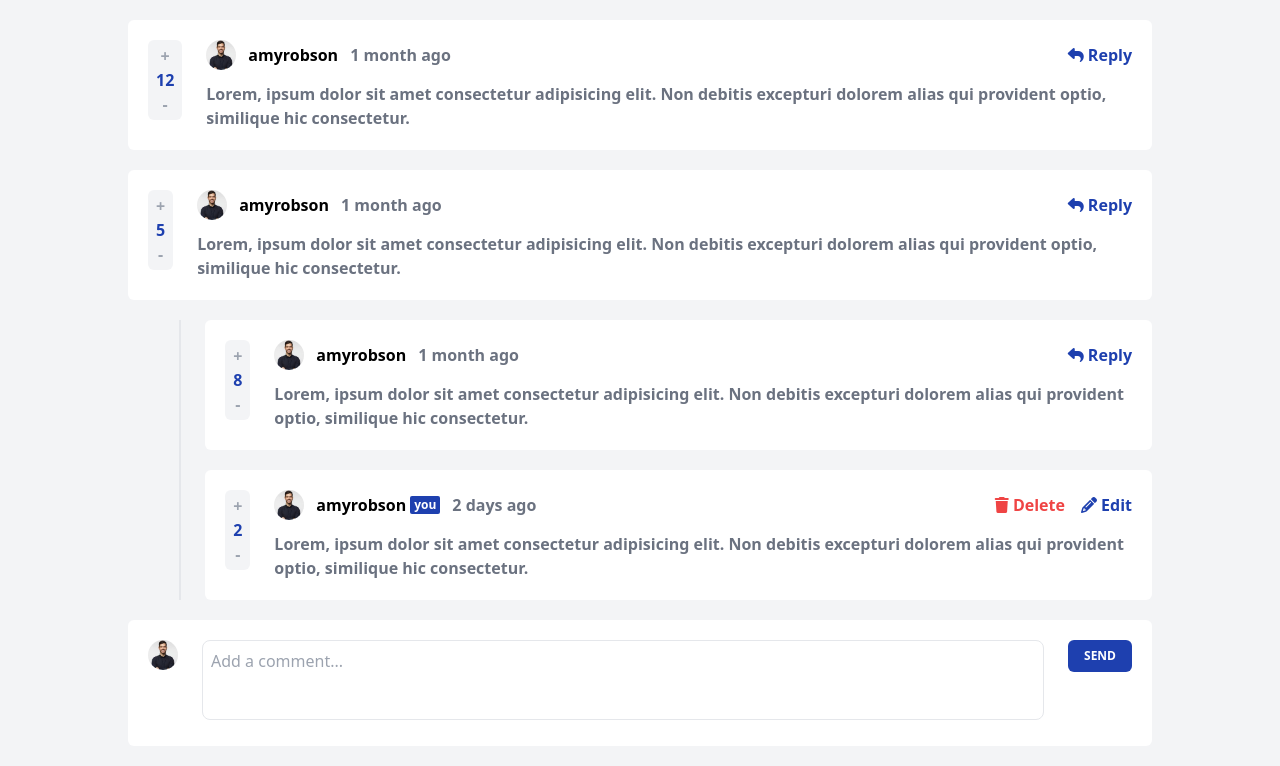
Repository: SmanSayeed/tailwind-work
Page: index.html
These files come from the project's save history. The page is drawn as it stood at one moment and after a run of saves; the edit follows.
The browser window is 1280 px wide. The pictures show the whole page.
Some web libraries are served in a nearby version.

Above is the page before, as saved 2024-03-15 15:56:24.

### index.html
<!DOCTYPE html>
<html>
  <head>
    <meta charset="UTF-8" />
    <meta name="viewport" content="width=device-width, initial-scale=1.0" />
    <script src="https://cdn.tailwindcss.com"></script>
    <link
      rel="stylesheet"
      href="https://cdnjs.cloudflare.com/ajax/libs/font-awesome/6.5.1/css/all.min.css"
    />
  </head>
  <!-- bg-[#F5F6FA]  -->
  <body class="bg-gray-100">
    <!-- container  -->
    <div
      class="flex justify-center items-end flex-col gap-5 w-[80%] mx-auto my-5"
    >
      <!-- card div  -->
      <div
        class="w-full p-5 rounded rounded-md bg-white flex justify-start items-start gap-6"
      >
        <!-- increment decrement part  -->
        <div
          class="flex flex-col justify-between items-center bg-gray-100 py-1 px-2 rounded-md"
        >
          <div class="text-gray-400 text-base font-semibold">+</div>
          <div class="text-blue-800 font-bold text-base">12</div>
          <div class="text-gray-400 text-base font-semibold">-</div>
        </div>
        <!-- increment decrement part end -->

        <div class="flex flex-col justify-start items-start gap-3">
          <div class="flex flex-row justify-between items-center w-full">
            <div class="flex justify-start items-center gap-3">
              <img
                src="image.jpeg"
                alt="image"
                class="h-[30px] w-[30px] rounded-full"
              />
              <div class="text-base font-bold">amyrobson</div>
              <div class="text-base text-gray-500 font-semibold">
                1 month ago
              </div>
            </div>
            <div class="text-base font-bold text-blue-800">
              <i class="fa fa-reply" aria-hidden="true"></i>
              Reply
            </div>
          </div>

          <div class="text-base text-gray-500 font-semibold">
            Lorem, ipsum dolor sit amet consectetur adipisicing elit. Non
            debitis excepturi dolorem alias qui provident optio, similique hic
            consectetur.
          </div>
        </div>
      </div>
      <!-- card div end  -->

        <!-- card div  -->
        <div
        class="w-full p-5 rounded rounded-md bg-white flex justify-start items-start gap-6"
      >
        <!-- increment decrement part  -->
        <div
          class="flex flex-col justify-between items-center bg-gray-100 py-1 px-2 rounded-md"
        >
          <div class="text-gray-400 text-base font-semibold">+</div>
          <div class="text-blue-800 font-bold text-base">5</div>
          <div class="text-gray-400 text-base font-semibold">-</div>
        </div>
        <!-- increment decrement part end -->

        <div class="flex flex-col justify-start items-start gap-3">
          <div class="flex flex-row justify-between items-center w-full">
            <div class="flex justify-start items-center gap-3">
              <img
                src="image.jpeg"
                alt="image"
                class="h-[30px] w-[30px] rounded-full"
              />
              <div class="text-base font-bold">amyrobson</div>
              <div class="text-base text-gray-500 font-semibold">
                1 month ago
              </div>
            </div>
            <div class="text-base font-bold text-blue-800">
              <i class="fa fa-reply" aria-hidden="true"></i>
              Reply
            </div>
          </div>

          <div class="text-base text-gray-500 font-semibold">
            Lorem, ipsum dolor sit amet consectetur adipisicing elit. Non
            debitis excepturi dolorem alias qui provident optio, similique hic
            consectetur.
          </div>
        </div>
      </div>
      <!-- card div end  -->

      <!-- nested card container start  -->
      <div
        class="w-[95%] pl-6 rounded-r-md border-l-2 border-l-gray-200 flex justify-end flex-col items-start gap-5"
      >
        <!-- nested card  -->
        <div
          class="w-full p-5 rounded rounded-md bg-white flex justify-start items-start gap-6"
        >
          <!-- increment decrement part  -->
          <div
            class="flex flex-col justify-between items-center bg-gray-100 py-1 px-2 rounded-md"
          >
            <div class="text-gray-400 text-base font-semibold">+</div>
            <div class="text-blue-800 font-bold text-base">8</div>
            <div class="text-gray-400 text-base font-semibold">-</div>
          </div>
          <!-- increment decrement part end -->

          <div class="flex flex-col justify-start items-start gap-3">
            <div class="flex flex-row justify-between items-center w-full">
              <div class="flex justify-start items-center gap-3">
                <img
                  src="image.jpeg"
                  alt="image"
                  class="h-[30px] w-[30px] rounded-full"
                />
                <div class="text-base font-bold">amyrobson</div>
                <div class="text-base text-gray-500 font-semibold">
                  1 month ago
                </div>
              </div>
              <div class="flex gap-2">
                <div class="text-base font-bold text-blue-800">
                  <i class="fa fa-reply" aria-hidden="true"></i>
                  Reply
                </div>
              </div>
            </div>

            <div class="text-base text-gray-500 font-semibold">
              Lorem, ipsum dolor sit amet consectetur adipisicing elit. Non
              debitis excepturi dolorem alias qui provident optio, similique hic
              consectetur.
            </div>
          </div>
        </div>
        <!-- nested card end -->

           <!-- nested card  -->
           <div
           class="w-full p-5 rounded rounded-md bg-white flex justify-start items-start gap-6"
         >
           <!-- increment decrement part  -->
           <div
             class="flex flex-col justify-between items-center bg-gray-100 py-1 px-2 rounded-md"
           >
             <div class="text-gray-400 text-base font-semibold">+</div>
             <div class="text-blue-800 font-bold text-base">2</div>
             <div class="text-gray-400 text-base font-semibold">-</div>
           </div>
           <!-- increment decrement part end -->

           <div class="flex flex-col justify-start items-start gap-3">
             <div class="flex flex-row justify-between items-center w-full">
               <div class="flex justify-start items-center gap-3">
                 <img
                   src="image.jpeg"
                   alt="image"
                   class="h-[30px] w-[30px] rounded-full"
                 />
                 <div class=" flex justify-center items-center gap-1">
                    <span class="text-base font-bold">
                        amyrobson
                    </span>
                    <span class="px-1 py-[1px] text-xs bg-blue-800 text-white rounded-sm flex justify-center items-center font-semibold">you</span>
                 </div>
                 <div class="text-base text-gray-500 font-semibold">
                   2 days ago
                 </div>
               </div>
               <div class="flex gap-4">
                <div class="text-base font-bold text-red-500">
                    <i class="fa fa-trash" aria-hidden="true"></i>
                    Delete
                  </div>
                 <div class="text-base font-bold text-blue-800">
                   <i class="fa fa-pencil" aria-hidden="true"></i>
                   Edit
                 </div>
               </div>
             </div>

             <div class="text-base text-gray-500 font-semibold">
               Lorem, ipsum dolor sit amet consectetur adipisicing elit. Non
               debitis excepturi dolorem alias qui provident optio, similique hic
               consectetur.
             </div>
           </div>
         </div>
         <!-- nested card end -->
      </div>
      <!-- nested card end  -->

      <!-- comment form div  -->

      <div
        class="w-full p-5 rounded rounded-md bg-white flex justify-center items-start gap-6"
      >
        <img
          src="image.jpeg"
          alt="image"
          class="h-[30px] w-[30px] rounded-full"
        />
        <div class="relative flex-grow">
          <textarea
            class="w-full h-20 p-2 border rounded-lg resize-none"
            placeholder="Add a comment..."
          ></textarea>
        </div>

        <button
          class="bg-blue-800 text-white px-4 py-2 text-xs rounded-md font-semibold"
        >
          SEND
        </button>
      </div>
      <!-- comment form div end  -->
    </div>
    <!-- container div end  -->
  </body>
</html>

After the next 3 saves:
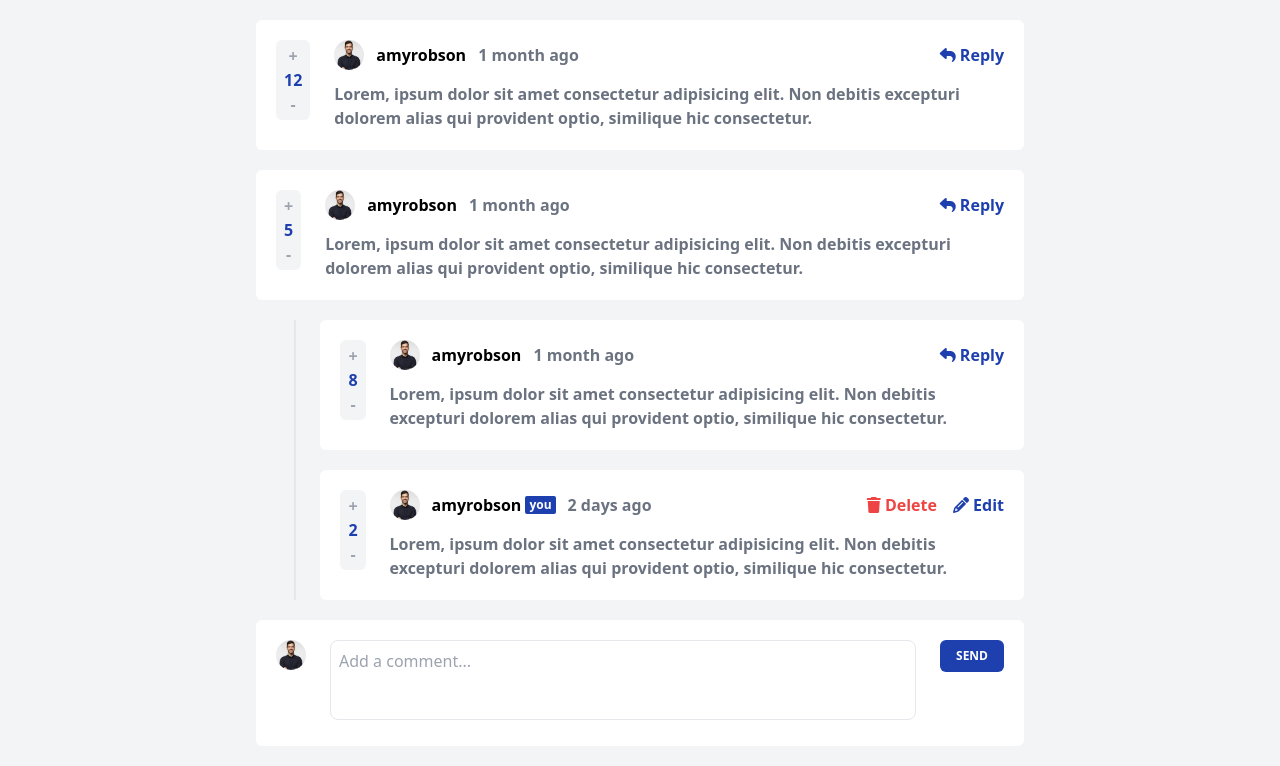
The 3 saves are shown as one change because they came seconds apart.
The last was saved 6 min 5 s later.
--- a/index.html
+++ b/index.html
@@ -13,7 +13,7 @@
   <body class="bg-gray-100">
     <!-- container  -->
     <div
-      class="flex justify-center items-end flex-col gap-5 w-[80%] mx-auto my-5"
+      class="flex justify-center items-end flex-col gap-5 lg:w-[60%] mx-auto my-5"
     >
       <!-- card div  -->
       <div
